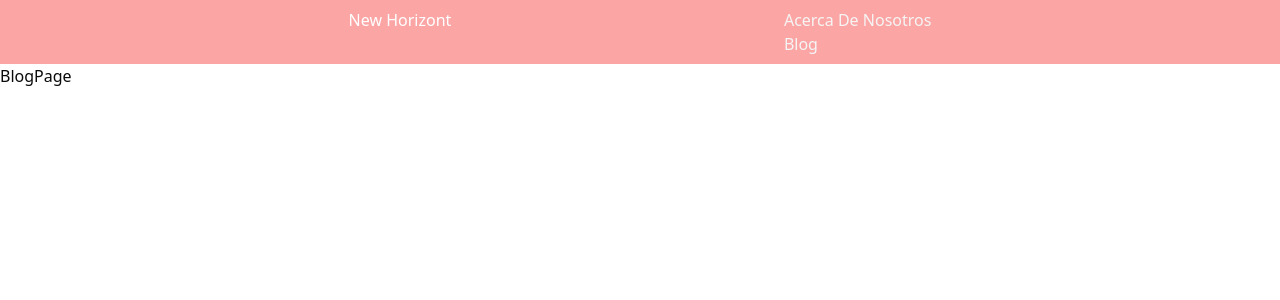
Repository: jefrydep/new-horizont-school
Page: /blog
These files come from the project's save history. The page is drawn as it stood at one moment and after the next save; the edit follows.
The browser window is 1280 px wide. The pictures show the whole page.
The project was rebuilt for these pictures with package versions that can differ from the ones it lists, and the page was loaded fresh each time. The framework's server and built-in components were replaced by stand-ins that run in the browser. Also part of the build but not shown: next.config.ts.

Above is the page before, as saved 2024-11-07 17:18:56.

### src/app/(new-horizont-school)/layout.tsx
// import type { Metadata } from "next";
// import localFont from "next/font/local";

import Navbar from "@/components/Navbar";

// const geistSans = localFont({
//   src: "./fonts/GeistVF.woff",
//   variable: "--font-geist-sans",
//   weight: "100 900",
// });
// const geistMono = localFont({
//   src: "./fonts/GeistMonoVF.woff",
//   variable: "--font-geist-mono",
//   weight: "100 900",
// });

// export const metadata: Metadata = {
//   title: "Create Next App",
//   description: "Generated by create next app",
// };

export default function SchoolLayout({
  children,
}: Readonly<{
  children: React.ReactNode;
}>) {
  return (
    <html lang="en">
      <body
      // className={`${geistSans.variable} ${geistMono.variable} antialiased`}
      >
        {children}
      </body>
    </html>
  );
}

### src/app/layout.tsx
import type { Metadata } from "next";
import localFont from "next/font/local";
import "./globals.css";
import Navbar from "@/components/Navbar";

const geistSans = localFont({
  src: "./fonts/GeistVF.woff",
  variable: "--font-geist-sans",
  weight: "100 900",
});
const geistMono = localFont({
  src: "./fonts/GeistMonoVF.woff",
  variable: "--font-geist-mono",
  weight: "100 900",
});

export const metadata: Metadata = {
  title: "Create Next App",
  description: "Generated by create next app",
};

export default function RootLayout({
  children,
}: Readonly<{
  children: React.ReactNode;
}>) {
  return (
    <html lang="en">
      <body
        className={`${geistSans.variable} ${geistMono.variable} antialiased`}
      >
        <Navbar/>
        {children}
      </body>
    </html>
  );
}

### src/app/(new-horizont-school)/blog/page.tsx
import React from 'react'

export default function BlogPage() {
  return (
    <div>BlogPage</div>
  )
}

### src/app/globals.css
@tailwind base;
@tailwind components;
@tailwind utilities;

/* :root {
  --background: #ffffff;
  --foreground: #171717;
}

@media (prefers-color-scheme: dark) {
  :root {
    --background: #0a0a0a;
    --foreground: #ededed;
  }
}

body {
  color: var(--foreground);
  background: var(--background);
  font-family: Arial, Helvetica, sans-serif;
} */
@layer base {
  :root {
    --background: 0 0% 100%;
    --foreground: 20 14.3% 4.1%;
    --card: 0 0% 100%;
    --card-foreground: 20 14.3% 4.1%;
    --popover: 0 0% 100%;
    --popover-foreground: 20 14.3% 4.1%;
    --primary: 24 9.8% 10%;
    --primary-foreground: 60 9.1% 97.8%;
    --secondary: 60 4.8% 95.9%;
    --secondary-foreground: 24 9.8% 10%;
    --muted: 60 4.8% 95.9%;
    --muted-foreground: 25 5.3% 44.7%;
    --accent: 60 4.8% 95.9%;
    --accent-foreground: 24 9.8% 10%;
    --destructive: 0 84.2% 60.2%;
    --destructive-foreground: 60 9.1% 97.8%;
    --border: 20 5.9% 90%;
    --input: 20 5.9% 90%;
    --ring: 20 14.3% 4.1%;
    --chart-1: 12 76% 61%;
    --chart-2: 173 58% 39%;
    --chart-3: 197 37% 24%;
    --chart-4: 43 74% 66%;
    --chart-5: 27 87% 67%;
    --radius: 0.5rem
  }
  .dark {
    --background: 20 14.3% 4.1%;
    --foreground: 60 9.1% 97.8%;
    --card: 20 14.3% 4.1%;
    --card-foreground: 60 9.1% 97.8%;
    --popover: 20 14.3% 4.1%;
    --popover-foreground: 60 9.1% 97.8%;
    --primary: 60 9.1% 97.8%;
    --primary-foreground: 24 9.8% 10%;
    --secondary: 12 6.5% 15.1%;
    --secondary-foreground: 60 9.1% 97.8%;
    --muted: 12 6.5% 15.1%;
    --muted-foreground: 24 5.4% 63.9%;
    --accent: 12 6.5% 15.1%;
    --accent-foreground: 60 9.1% 97.8%;
    --destructive: 0 62.8% 30.6%;
    --destructive-foreground: 60 9.1% 97.8%;
    --border: 12 6.5% 15.1%;
    --input: 12 6.5% 15.1%;
    --ring: 24 5.7% 82.9%;
    --chart-1: 220 70% 50%;
    --chart-2: 160 60% 45%;
    --chart-3: 30 80% 55%;
    --chart-4: 280 65% 60%;
    --chart-5: 340 75% 55%
  }
}
@layer base {
  * {
    @apply border-border;
  }
  body {
    @apply bg-background text-foreground;
  }
}

### src/components/Navbar.tsx
import { Menu } from "lucide-react";
import Link from "next/link";

export default function Navbar() {
  return (
    <header className="bg-primary h-16">
      <div className="flex justify-evenly m-auto   bg-red-300  container px-4 py-2  ">
        <div className="text-white">New Horizont</div>
        <nav className="outline-none hidden sm:block list-none">
          <li className="text-secondary">
            <Link href={"/about"}>Acerca De Nosotros</Link>
          </li>
          <li className="text-secondary">
            <Link href={"/blog"}>Blog</Link>
          </li>
        </nav>
        <div className="  sm:hidden">
          <Menu color="white" size={45} />
        </div>
        {/* <li className="text-secondary">
            <Link href={"/about"}>About</Link>
          </li> */}
      </div>
    </header>
  );
}

Loaded but not shown: tailwind.config.ts (common file)

After the next save:
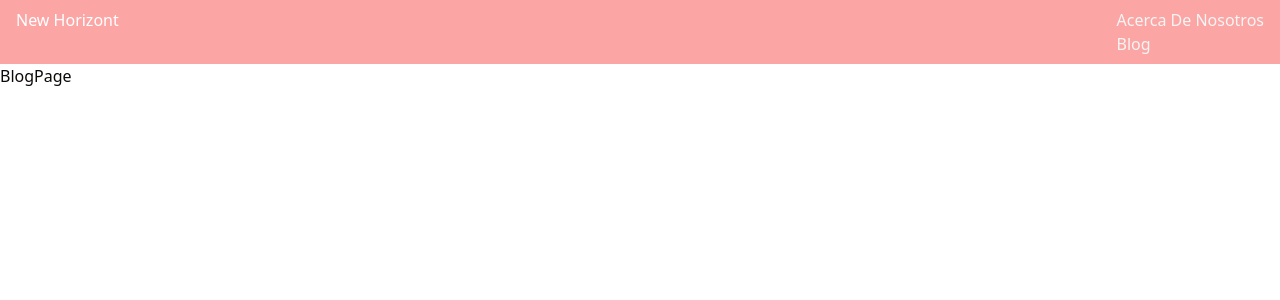
Saved 37 s later.
--- a/src/components/Navbar.tsx
+++ b/src/components/Navbar.tsx
@@ -4,7 +4,7 @@ import Link from "next/link";
 export default function Navbar() {
   return (
     <header className="bg-primary h-16">
-      <div className="flex justify-evenly m-auto   bg-red-300  container px-4 py-2  ">
+      <div className="flex justify-between m-auto   bg-red-300  container px-4 py-2  ">
         <div className="text-white">New Horizont</div>
         <nav className="outline-none hidden sm:block list-none">
           <li className="text-secondary">
